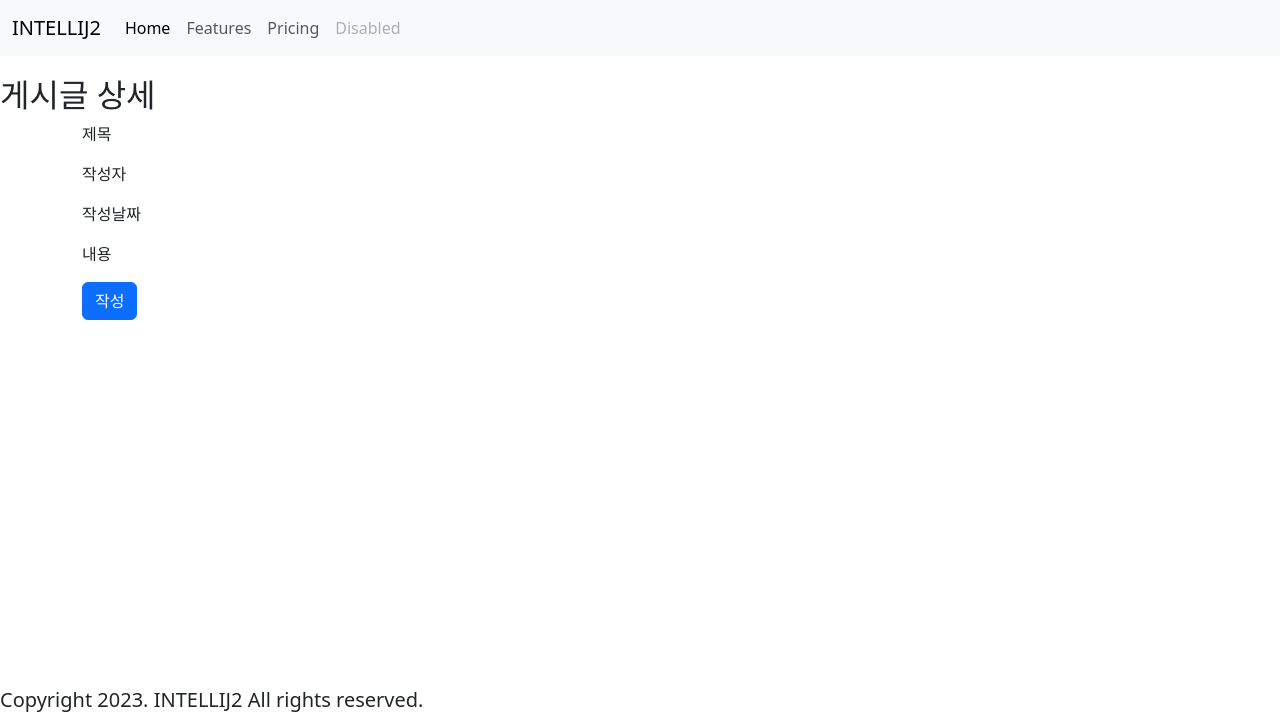
Repository: Jae-yi/JSPMybatis
Page: http://localhost/JspMybatisSub/WEB-INF/views/board/detail.jsp
An editor plug-in stored every save of this project. The page is shown before and after the next save, followed by the edit.
The browser window is 1280 px wide. The pictures show the whole page.
The page is served by Tomcat 9. Nobody is signed in. Other server files are loaded and not shown. The template is opened directly, without the code that normally fills it, so the values that code supplies are empty.

Above is the page before, as saved 2023-01-17 07:49:19.

### JspMybatisSub/src/main/webapp/WEB-INF/views/board/detail.jsp
<%@ page language="java" contentType="text/html; charset=UTF-8"
	pageEncoding="UTF-8"%>
<%@ taglib prefix="c" uri="http://java.sun.com/jsp/jstl/core"%>
<!DOCTYPE html PUBLIC "-//W3C//DTD HTML 4.01 Transitional//EN" "http://www.w3.org/TR/html4/loose.dtd">
<%@ include file="../include/style.jsp"%>
<html>
<head>
<meta http-equiv="Content-Type" content="text/html; charset=UTF-8">
<title>Detail Page</title>
</head>
<body>
	<jsp:include page="../include/header.jsp"></jsp:include>
	<h2>게시글 상세</h2>

	<div class="container">
		<form action="/insertProc" method="post">
			<div class="form-group">
				<label>제목</label>
				<p>${detail.subject}</p>
			</div>
			<div class="form-group">
				<label>작성자</label>
				<p>${detail.writer}</p>
			</div>
			<div class="form-group">
				<label>작성날짜</label>
				<p>${detail.reg_date}</p>
			</div>
			<div class="form-group">
				<label>내용</label>
				<p>${detail.content}</p>
			</div>
			<button type="submit" class="btn btn-primary">작성</button>
		</form>
	</div>
	<jsp:include page="../include/footer.jsp"></jsp:include>

</body>
</html>

### JspMybatisSub/src/main/webapp/WEB-INF/views/include/style.jsp
<%@ page language="java" contentType="text/html; charset=UTF-8"
	pageEncoding="UTF-8"%>
<head>
<meta charset="UTF-8">
<title>INTELLIJ2's PROJECT</title>

<!-- Bootstrap : CSS only -->
<link
	href="https://cdn.jsdelivr.net/npm/bootstrap@5.3.0-alpha1/dist/css/bootstrap.min.css"
	rel="stylesheet"
	integrity="sha384-GLhlTQ8iRABdZLl6O3oVMWSktQOp6b7In1Zl3/Jr59b6EGGoI1aFkw7cmDA6j6gD"
	crossorigin="anonymous">
<script
	src="https://cdn.jsdelivr.net/npm/bootstrap@5.3.0-alpha1/dist/js/bootstrap.bundle.min.js"
	integrity="sha384-w76AqPfDkMBDXo30jS1Sgez6pr3x5MlQ1ZAGC+nuZB+EYdgRZgiwxhTBTkF7CXvN"
	crossorigin="anonymous"></script>

<!-- Bootstrap : JavaScript Bundle with Popper -->
<script
	src="https://cdn.jsdelivr.net/npm/@popperjs/core@2.11.6/dist/umd/popper.min.js"
	integrity="sha384-oBqDVmMz9ATKxIep9tiCxS/Z9fNfEXiDAYTujMAeBAsjFuCZSmKbSSUnQlmh/jp3"
	crossorigin="anonymous"></script>
<script
	src="https://cdn.jsdelivr.net/npm/bootstrap@5.3.0-alpha1/dist/js/bootstrap.min.js"
	integrity="sha384-mQ93GR66B00ZXjt0YO5KlohRA5SY2XofN4zfuZxLkoj1gXtW8ANNCe9d5Y3eG5eD"
	crossorigin="anonymous"></script>

<!-- JQuery -->
<script src=https://cdnjs.cloudflare.com/ajax/libs/jquery/3.6.3/jquery.min.js></script>

</head>

### JspMybatisSub/src/main/webapp/WEB-INF/views/include/header.jsp
<%@ page language="java" contentType="text/html; charset=UTF-8"
    pageEncoding="UTF-8"%>
<!DOCTYPE html PUBLIC "-//W3C//DTD HTML 4.01 Transitional//EN" "http://www.w3.org/TR/html4/loose.dtd">
<html>
<head>
<meta http-equiv="Content-Type" content="text/html; charset=UTF-8">
<title>Insert title here</title>
</head>
<body>
    <nav class="navbar navbar-expand-lg bg-body-tertiary" style="margin-bottom:20px">
  <div class="container-fluid">

    <a class="navbar-brand" href="#">INTELLIJ2</a>
    <button class="navbar-toggler" type="button" data-bs-toggle="collapse" data-bs-target="#navbarNav" aria-controls="navbarNav" aria-expanded="false" aria-label="Toggle navigation">
      <span class="navbar-toggler-icon"></span>
    </button>
    <div class="collapse navbar-collapse" id="navbarNav">
      <ul class="navbar-nav">
        <li class="nav-item">
          <a class="nav-link active" aria-current="page" href="#">Home</a>
        </li>
        <li class="nav-item">
          <a class="nav-link" href="#">Features</a>
        </li>
        <li class="nav-item">
          <a class="nav-link" href="#">Pricing</a>
        </li>
        <li class="nav-item">
          <a class="nav-link disabled">Disabled</a>
        </li>
      </ul>
    </div>
  </div>
</nav>
</body>
</html>

### JspMybatisSub/src/main/webapp/WEB-INF/views/include/footer.jsp
<%@ page language="java" contentType="text/html; charset=UTF-8"
    pageEncoding="UTF-8"%>
<!DOCTYPE html PUBLIC "-//W3C//DTD HTML 4.01 Transitional//EN" "http://www.w3.org/TR/html4/loose.dtd">
<html>
<head>
<meta http-equiv="Content-Type" content="text/html; charset=UTF-8">
<title>Insert title here</title>
</head>
<body>
    <h5 style="position:absolute; bottom:0">Copyright 2023. INTELLIJ2 All rights reserved.</h5>
</body>
</html>

After the next save:
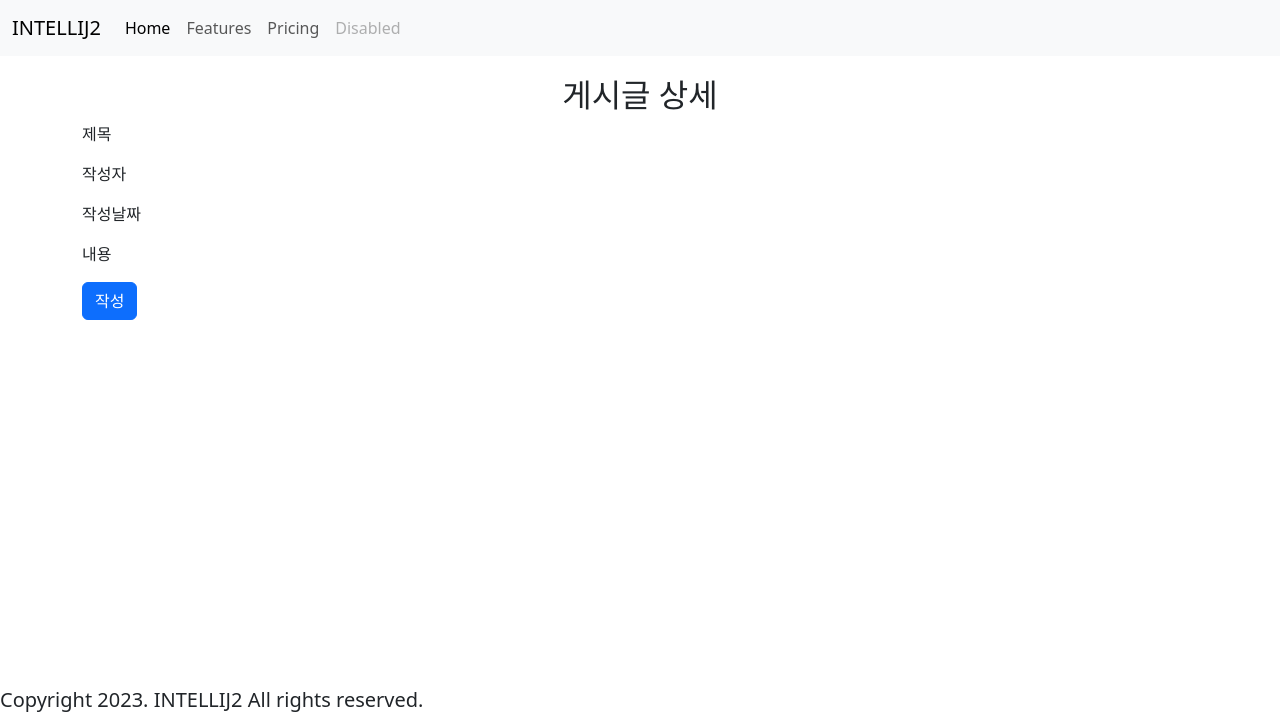
Saved 10 s later.
--- a/JspMybatisSub/src/main/webapp/WEB-INF/views/board/detail.jsp
+++ b/JspMybatisSub/src/main/webapp/WEB-INF/views/board/detail.jsp
@@ -10,7 +10,7 @@
 </head>
 <body>
 	<jsp:include page="../include/header.jsp"></jsp:include>
-	<h2>게시글 상세</h2>
+	<h2 style="text-align: center">게시글 상세</h2>
 
 	<div class="container">
 		<form action="/insertProc" method="post">
